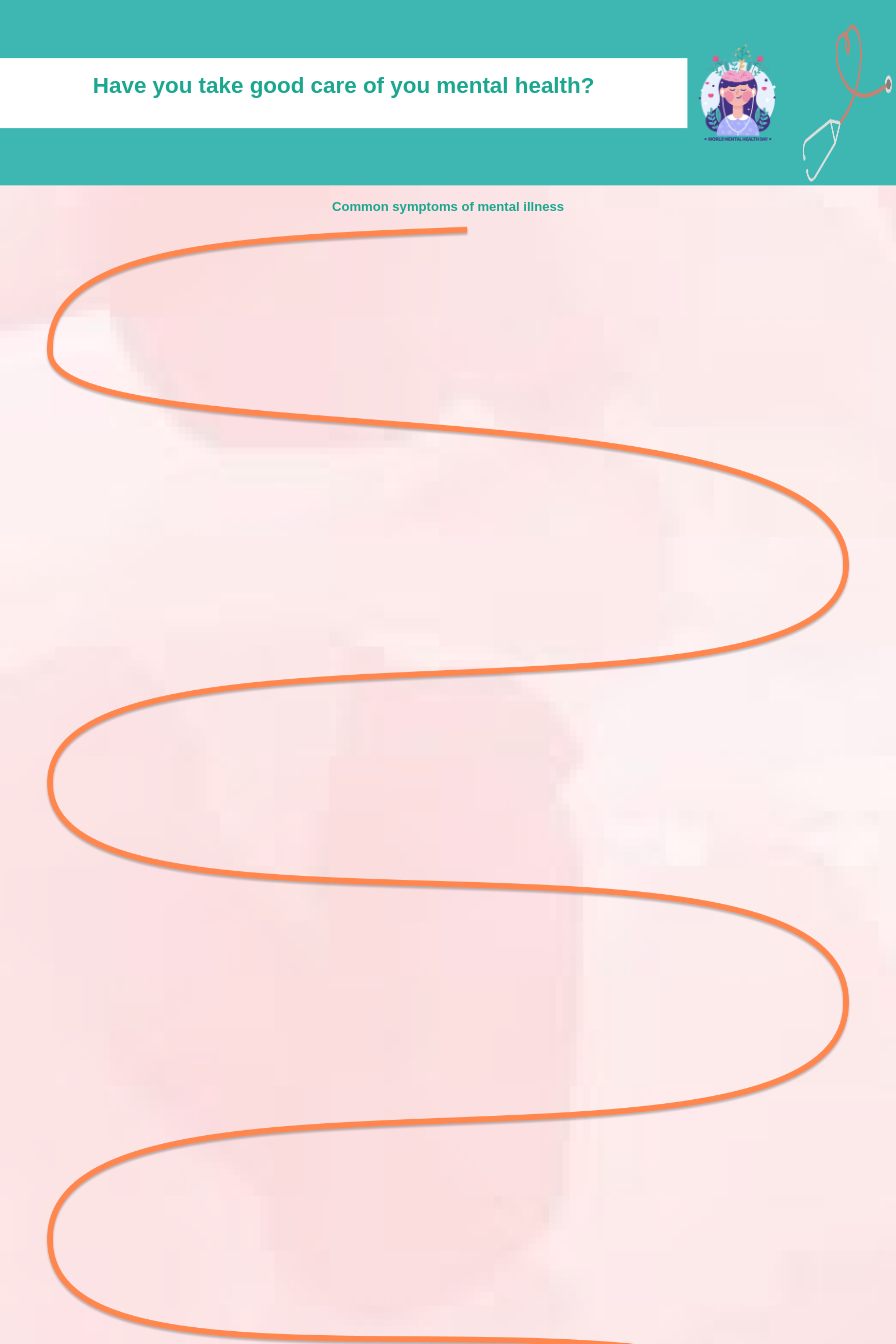
Repository: zzs1/2109-Dynamic-Content-Project
Page: Shin_code/index.html
These files come from the project's save history. The page is drawn as it stood at one moment and after the next save; the edit follows.
The browser window is 1280 px wide. The pictures show the part of the page from y = 0 to 1920 px (the page is 2895 px tall before and 2780 px after), at 70% of full size.
Some web fonts or font styles are not loaded; a fallback is used.

Above is the page before, as saved 2021-03-09 00:13:01.

After the next save:
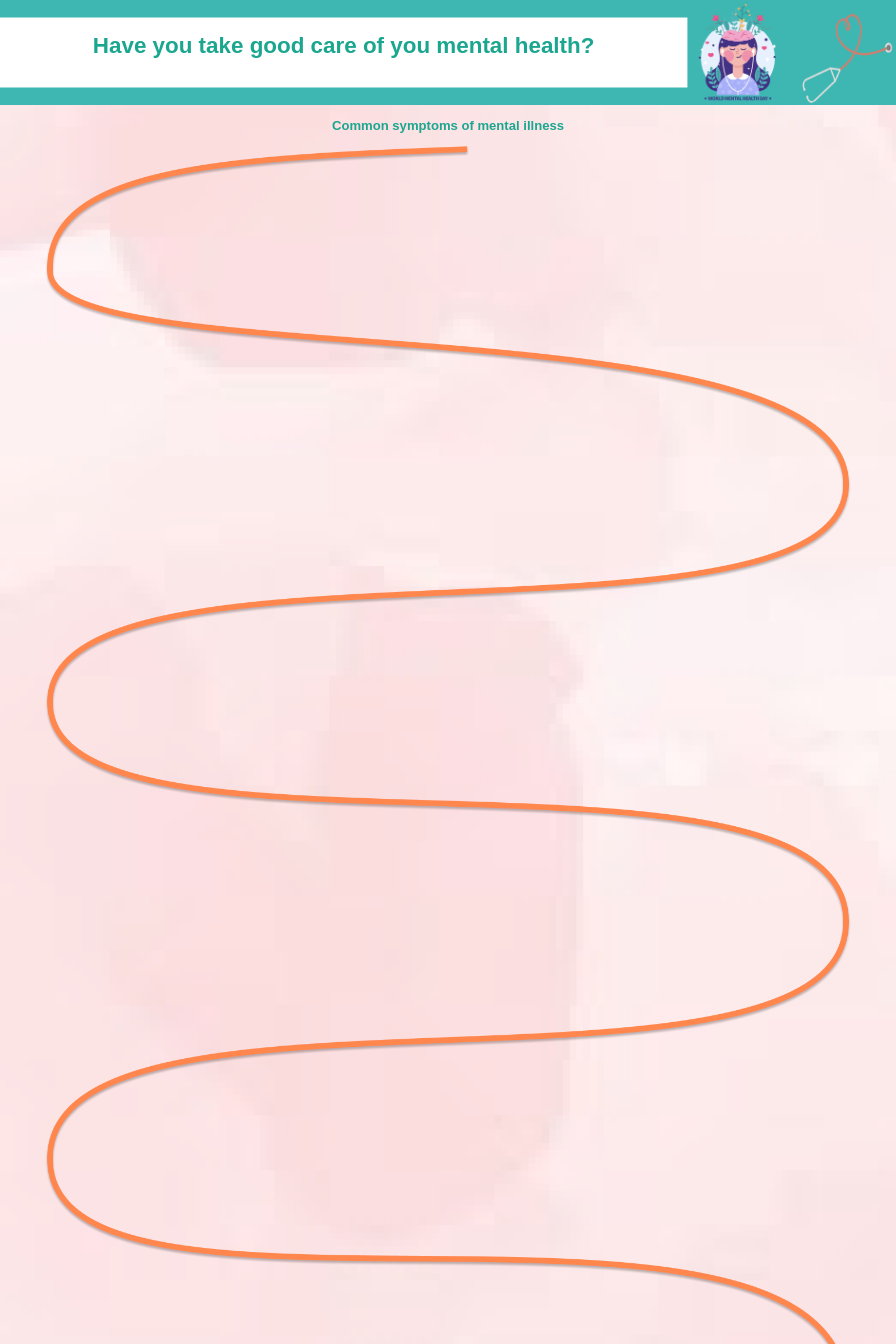
Saved 6 s later.
--- a/Shin_code/index.css
+++ b/Shin_code/index.css
@@ -90,7 +90,7 @@ top: 400px;
 right: -11px;
 top: 400px;
 width: 150px;
-height: 265px;
+height: 150px;
 }
 .arrow{
   z-index: -1;
